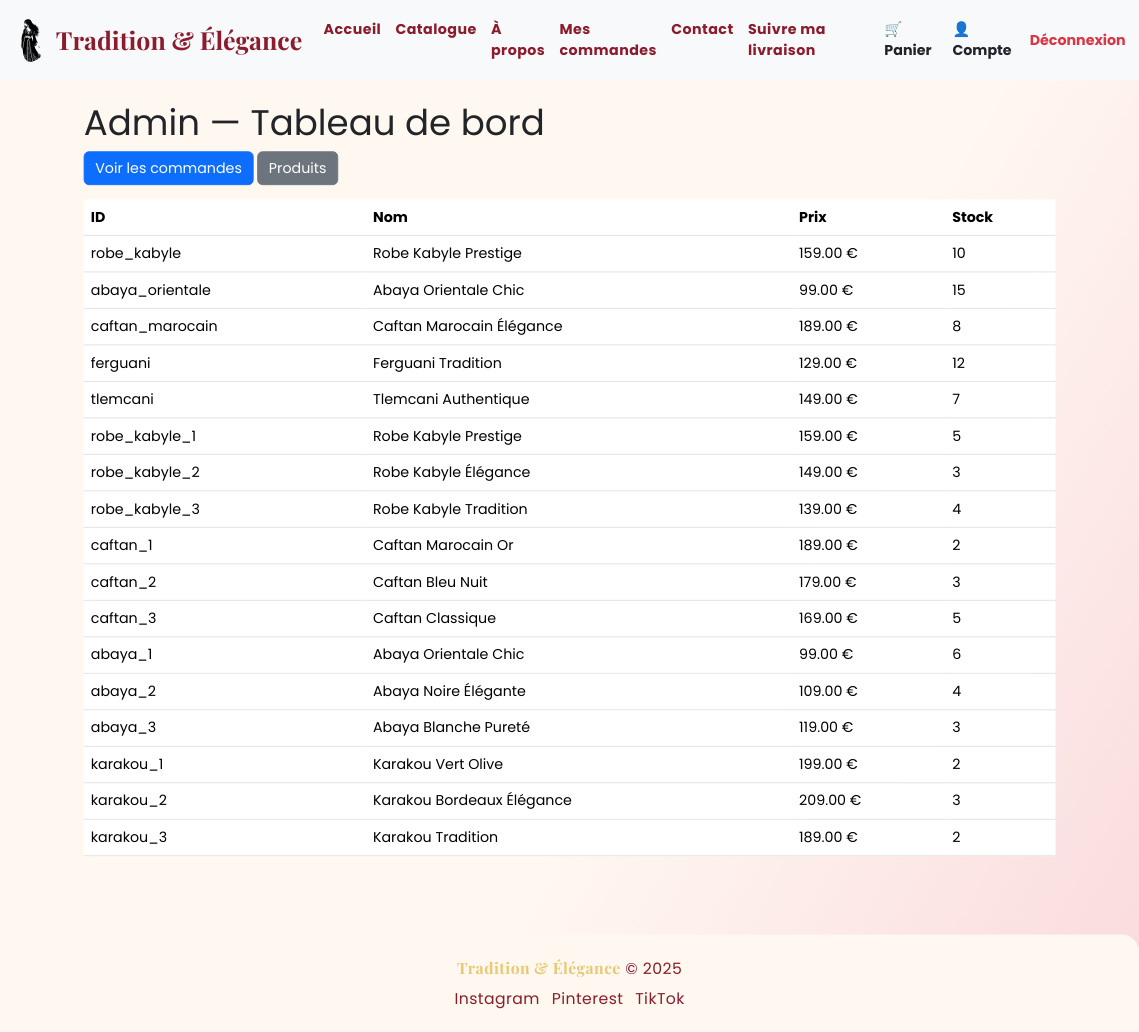
Repository: KenzaHalil/ecommerce_tradition-elegance
Page: http://localhost/admin
The author's editor kept a copy of each file at every save. The page is drawn from the files as they stood at one save, then again after the next save.
The browser window is 1280 px wide. The pictures show the whole page, at 89% of full size.
The page is served by the project's application, run on Flask 3 (app/__init__.py). The session is filled in as if someone had signed in: {"user_id": 1, "is_admin": 1}. Other server files are loaded and not shown. The page reads the database file committed with the project.

Above is the page before, as saved 2025-11-06 10:49:17.

### app/templates/admin.html
{% extends "base.html" %}
{% block title %}Tableau de bord admin{% endblock %}
{% block content %}
<section class="container">
  <h1>Admin — Tableau de bord</h1>

  <div class="mb-3">
    <a class="btn btn-primary" href="{{ url_for('admin.admin_orders') }}">Voir les commandes</a>
    <a class="btn btn-secondary" href="{{ url_for('admin.admin_dashboard') }}">Produits</a>
  </div>

  {% if products %}
    <table class="table">
      <thead>
        <tr><th>ID</th><th>Nom</th><th>Prix</th><th>Stock</th></tr>
      </thead>
      <tbody>
        {% for p in products %}
          <tr>
            <td>{{ p.id if p.id is defined else (p.get('id') if p.get is defined else '-') }}</td>
            <td>{{ p.name if p.name is defined else (p.get('name') if p.get is defined else '-') }}</td>
            <td>
              {% set cents = (p.price_cents if p.price_cents is defined else (p.get('price_cents') if p.get is defined else 0)) %}
              {{ '%.2f'|format(cents/100.0) }} €
            </td>
            <td>{{ p.stock_qty if p.stock_qty is defined else (p.get('stock_qty') if p.get is defined else '-') }}</td>
          </tr>
        {% endfor %}
      </tbody>
    </table>
  {% else %}
    <p>Aucun produit trouvé.</p>
  {% endif %}
</section>
{% endblock %}

### app/templates/base.html
<!DOCTYPE html>
<html lang="fr">

<head>
    <meta charset="UTF-8">
    <title>{% block title %}Tradition & Élégance{% endblock %}</title>
    <link href="https://cdn.jsdelivr.net/npm/bootstrap@5.3.2/dist/css/bootstrap.min.css" rel="stylesheet">
    <link href="https://fonts.googleapis.com/css?family=Playfair+Display:700|Poppins:400,700&display=swap" rel="stylesheet">
    <link rel="stylesheet" href="{{ url_for('static', filename='elegance.css') }}">

    <style>
        .product-img {
            width: 100%;
            aspect-ratio: 1 / 1;
            height: auto;
            object-fit: cover;
            border-radius: 8px;
            display: block;
        }

        .product-img--fixed {
            width: 100%;
            height: 400px;
            object-fit: cover;
            border-radius: 8px;
            display: block;
        }

        .card .card-img-top {
            height: 380px;
            object-fit: cover;
        }
        /* espace entre les liens d'authentification dans la barre */

        .nav-auth>a {
            margin-left: 0.6rem;
            margin-right: 0.2rem;
            display: inline-block;
        }

        .nav-auth .btn {
            margin-left: 0.4rem;
        }
    </style>
</head>

<script>
    function showAddToCartMessage() {
        let oldMsg = document.getElementById("add-to-cart-popup");
        if (oldMsg) oldMsg.remove();

        let msg = document.createElement('div');
        msg.id = "add-to-cart-popup";
        msg.innerHTML = `
        <div style="
            position:fixed;
            top:30px;
            right:30px;
            z-index:9999;
            background:linear-gradient(90deg,#FADADD 70%,#E8C872 100%);
            color:#8B1C2E;
            padding:1.2rem 2.2rem;
            border-radius:28px;
            box-shadow:0 4px 24px #E8C872;
            font-weight:bold;
            font-size:1.15rem;
            display:flex;
            align-items:center;
            gap:0.7rem;
            border:2px solid #E8C872;
        ">
            <span style="font-size:1.5rem;">💖</span>
            <span>Produit ajouté avec succès !</span>
        </div>
    `;
        document.body.appendChild(msg);
        setTimeout(() => msg.remove(), 2000);
    }

    function addToCart(productId) {
        fetch(`/cart/add/${productId}`, {
                method: "POST"
            })
            .then(response => {
                if (response.ok) {
                    showAddToCartMessage();
                } else {
                    // Si AJAX échoue, recharge la page pour afficher le message Flask
                    window.location.reload();
                }
            })
            .catch(() => window.location.reload());
    }
</script>

<body>
    {% with messages = get_flashed_messages(with_categories=true) %} {% if messages %}
    <div class="container mt-3">
        {% for category, message in messages %}
        <div class="alert alert-{{ category }} alert-dismissible fade show" role="alert">
            {{ message }}
            <button type="button" class="btn-close" data-bs-dismiss="alert"></button>
        </div>
        {% endfor %}
    </div>
    {% endif %} {% endwith %}
    <nav class="navbar navbar-expand-lg navbar-light bg-light">
        <div class="container-fluid">
            <a class="navbar-brand d-flex align-items-center" href="/">
                <img src="{{ url_for('static', filename='logo.svg') }}" alt="Logo" height="64" class="me-2 logo-anim">
                <span class="fw-bold" style="font-family:'Playfair Display',serif; color:#8B1C2E; font-size:1.75rem;">Tradition & Élégance</span>
            </a>
            <button class="navbar-toggler" type="button" data-bs-toggle="collapse" data-bs-target="#navElegance">
            <span class="navbar-toggler-icon"></span>
        </button>
            <div class="collapse navbar-collapse justify-content-center" id="navElegance">
                <ul class="navbar-nav">
                    <li class="nav-item"><a class="nav-link fw-bold" href="/">Accueil</a></li>
                    <li class="nav-item"><a class="nav-link fw-bold" href="/catalogue">Catalogue</a></li>
                    <li class="nav-item"><a class="nav-link fw-bold" href="/about">À propos</a></li>
                    <li class="nav-item"><a class="nav-link fw-bold" href="{{ url_for('order.my_orders') }}">Mes commandes</a></li>
                    <li class="nav-item"><a class="nav-link fw-bold" href="/contact">Contact</a></li>
                </ul>
                <ul class="navbar-nav ms-auto">
                    <li class="nav-item">
                        <a class="nav-link" href="{{ url_for('delivery_bp.track') }}">Suivre ma livraison</a>
                    </li>
                </ul>
            </div>
            <div class="d-flex align-items-center nav-auth">
                <a class="nav-link fw-bold me-2" href="/cart"><span class="me-1">🛒</span>Panier</a> {# afficher "Compte" seulement si connecté #} {% if session.get("user_id") %}
                <a class="nav-link fw-bold me-2" href="/profile"><span class="me-1">👤</span>Compte</a>
                <a class="nav-link fw-bold text-danger" href="/logout">Déconnexion</a> {% else %}
                <a class="nav-link fw-bold me-2" href="/login">Connexion</a>
                <a class="btn btn-sm btn-outline-primary ms-1" href="/register">Inscription</a> {% endif %}
            </div>
        </div>
    </nav>
    <div class="container py-4">
        {% block content %}{% endblock %}
    </div>
    <footer class="mt-5 py-4 text-center" style="background:#FFF8F0; color:#8B1C2E; border-radius:20px 20px 0 0;">
        <div class="mb-2">
            <span style="font-family:'Playfair Display',serif; font-weight:700; color:#E8C872;">Tradition & Élégance</span> &copy; 2025
        </div>
        <div>
            <a href="https://www.instagram.com/robes_kabyles_94/?hl=fr" class="me-2 text-decoration-none" style="color:#8B1C2E;">Instagram</a>
            <a href="#" class="me-2 text-decoration-none" style="color:#8B1C2E;">Pinterest</a>
            <a href="#" class="text-decoration-none" style="color:#8B1C2E;">TikTok</a>
        </div>
    </footer>
    <script src="https://cdn.jsdelivr.net/npm/bootstrap@5.3.2/dist/js/bootstrap.bundle.min.js"></script>
</body>

</html>

### app/routes/admin_routes.py
"""
Routes d'administration (interface minimale).

- Utiliser un décorateur @admin_required pour protéger toutes les routes admin.
- Les routes de debug sont accessibles uniquement si app.debug est True.
"""
from functools import wraps
from flask import Blueprint, render_template, session, redirect, url_for, request, flash, jsonify, abort, current_app
from app.services_init import products
from pathlib import Path
import sqlite3, uuid
from datetime import datetime

admin_bp = Blueprint("admin", __name__)

def admin_required(f):
    """Décorateur : redirige vers la page de login si l'utilisateur n'est pas admin."""
    @wraps(f)
    def decorated(*args, **kwargs):
        if not session.get("is_admin"):
            # rediriger vers la page de login ; conserve la cible en next si besoin
            return redirect(url_for("auth.login", next=request.path))
        return f(*args, **kwargs)
    return decorated

@admin_bp.route("/admin")
@admin_required
def admin_dashboard():
    """Tableau de bord admin protégé."""
    return render_template("admin.html", products=products.list_all())

@admin_bp.route("/admin/product/delete", methods=["POST"])
@admin_required
def delete_product():
    """Suppression d'un produit (POST)."""
    pid = request.form.get("product_id")
    try:
        products.delete(pid)
        flash("Produit supprimé.", "success")
    except Exception as e:
        flash("Erreur suppression: " + str(e), "danger")
    return redirect(url_for("admin.admin_dashboard"))

@admin_bp.route("/admin/dev-session")
def admin_dev_session():
    """
    Route de debug : accessible seulement en mode DEBUG et pour admin.
    Supprimer complètement en production.
    """
    if not current_app.debug:
        abort(404)
    if not session.get("is_admin"):
        return redirect(url_for("auth.login", next=request.path))
    return jsonify({k: (str(v) if not isinstance(v, (str, int, bool)) else v) for k, v in dict(session).items()})

def _db_path():
    project_root = Path(__file__).resolve().parents[2]
    return project_root / "elegance.db"

@admin_bp.route("/admin/orders")
@admin_required
def admin_orders():
    """Liste des commandes avec tracking si disponible."""
    db = _db_path()
    conn = sqlite3.connect(str(db))
    cur = conn.cursor()
    cur.execute('SELECT id, user_id, status, total_cents, created_at FROM "order" ORDER BY created_at DESC')
    rows = cur.fetchall()
    orders = []
    for oid, uid, status, total_cents, created_at in rows:
        user = cur.execute("SELECT email FROM user WHERE id = ?", (uid,)).fetchone()
        delivery = cur.execute("SELECT tracking_number, status FROM delivery WHERE order_id = ?", (oid,)).fetchone()
        orders.append({
            "id": oid,
            "user_email": user[0] if user else None,
            "status": status,
            "total_cents": total_cents,
            "created_at": created_at,
            "tracking": delivery[0] if delivery else None,
            "delivery_status": delivery[1] if delivery else None
        })
    conn.close()
    return render_template("admin_orders.html", orders=orders)

@admin_bp.route("/admin/order/<int:order_id>")
@admin_required
def admin_order_detail(order_id):
    """Détail d'une commande : items / delivery / paiement."""
    db = _db_path()
    conn = sqlite3.connect(str(db))
    cur = conn.cursor()
    order = cur.execute('SELECT id, user_id, status, total_cents, created_at FROM "order" WHERE id = ?', (order_id,)).fetchone()
    if not order:
        conn.close()
        flash("Commande non trouvée.", "danger")
        return redirect(url_for("admin.admin_orders"))
    items = cur.execute("SELECT product_id, quantity, price_cents FROM order_item WHERE order_id = ?", (order_id,)).fetchall()
    delivery = cur.execute("SELECT id, carrier, tracking_number, status, updated_at FROM delivery WHERE order_id = ?", (order_id,)).fetchone()
    payment = cur.execute("SELECT id, provider, provider_ref, succeeded, amount_cents FROM payment WHERE order_id = ?", (order_id,)).fetchone()
    conn.close()
    return render_template("admin_order_detail.html", order=order, items=items, delivery=delivery, payment=payment)

@admin_bp.route("/admin/order/ship", methods=["POST"])
@admin_required
def admin_order_ship():
    """Marquer une commande comme expédiée ; crée/complète la ligne delivery avec tracking."""
    order_id = request.form.get("order_id")
    if not order_id:
        flash("Order id manquant.", "danger")
        return redirect(url_for("admin.admin_orders"))
    db = _db_path()
    conn = sqlite3.connect(str(db))
    cur = conn.cursor()
    # generate tracking
    tracking = "TRK" + uuid.uuid4().hex[:12].upper()
    now = datetime.utcnow().isoformat()
    # update/create delivery row
    d = cur.execute("SELECT id FROM delivery WHERE order_id = ?", (order_id,)).fetchone()
    if d:
        cur.execute("UPDATE delivery SET tracking_number = ?, status = ?, updated_at = ? WHERE id = ?", (tracking, "shipped", now, d[0]))
    else:
        cur.execute("INSERT INTO delivery (order_id, carrier, tracking_number, status, updated_at) VALUES (?, ?, ?, ?, ?)",
                    (order_id, "Transporteur", tracking, "shipped", now))
    # update order status
    cur.execute('UPDATE "order" SET status = ? WHERE id = ?', ("EXPEDIEE", order_id))
    conn.commit()
    conn.close()
    flash(f"Commande {order_id} marquée expédiée (tracking {tracking}).", "success")
    return redirect(url_for("admin.admin_orders"))

### app/__init__.py
import os
from flask import Flask, Blueprint
from .models import db  # utilise l'instance unique définie dans models.py
from pathlib import Path
import pkgutil, importlib
from .services_init import init_services

def create_app(config: dict | None = None):
    app = Flask(__name__, instance_relative_config=False)
    PROJECT_ROOT = Path(__file__).resolve().parents[1]

    # SECRET_KEY nécessaire pour utiliser flask.session
    # en production : exporte SECRET_KEY dans les variables d'environnement
    # prefer explicit config + set secret on the app object so session is available immediately
    secret = os.environ.get("SECRET_KEY", "elegance-dev-key")
    app.config["SECRET_KEY"] = secret
    app.secret_key = secret

    app.config.setdefault("SQLALCHEMY_DATABASE_URI", f"sqlite:///{PROJECT_ROOT / 'elegance.db'}")
    app.config.setdefault("SQLALCHEMY_TRACK_MODIFICATIONS", False)
    if config:
        app.config.update(config)

    # initialise l'extension avec l'app
    db.init_app(app)

    # ensure services container exists
    app.extensions.setdefault("services", {})

    # try to populate services from app.services:
    try:
        svc_mod = importlib.import_module("app.services")
        # prefer an init_services(app) if provided
        if hasattr(svc_mod, "init_services"):
            svc_mod.init_services(app)
        # otherwise call create_services() and store returned dict
        elif hasattr(svc_mod, "create_services"):
            created = svc_mod.create_services()
            if isinstance(created, dict):
                app.extensions["services"].update(created)
    except Exception:
        # ne pas planter l'app si services manquent — routes gèreront l'erreur plus tard
        pass

    # auto-enregistrer blueprints présents dans app.routes.*
    try:
        import app.routes as routes_pkg
        for finder, name, ispkg in pkgutil.iter_modules(routes_pkg.__path__):
            mod = importlib.import_module(f"app.routes." + name)
            for obj in vars(mod).values():
                if isinstance(obj, Blueprint):
                    app.register_blueprint(obj)
    except Exception:
        pass

    init_services(app)

    return app

### app/static/elegance.css
body {
    background: linear-gradient(120deg, #FFF8F0 60%, #FADADD 100%);
    font-family: 'Poppins', 'Inter', sans-serif;
}
.logo-anim:hover {
    filter: drop-shadow(0 0 8px #E8C872);
    transition: filter 0.3s;
}
.navbar-nav .nav-link {
    color: #8B1C2E !important;
    font-family: 'Poppins', sans-serif;
    font-weight: 600;
    letter-spacing: 0.5px;
}
.navbar-nav .nav-link:hover {
    color: #FADADD !important;
    background: #EED6C4;
    border-radius: 8px;
    transition: background 0.2s;
}
.btn-elegance {
    background: linear-gradient(90deg, #FADADD 60%, #E8C872 100%);
    color: #8B1C2E;
    font-weight: bold;
    border: none;
    border-radius: 24px;
    box-shadow: 0 2px 8px rgba(139,28,46,0.08);
    transition: box-shadow 0.2s, background 0.2s;
}
.btn-elegance:hover {
    background: linear-gradient(90deg, #E8C872 60%, #FADADD 100%);
    color: #FFF8F0;
    box-shadow: 0 4px 16px rgba(139,28,46,0.16);
}
.card {
    border-radius: 18px;
    box-shadow: 0 2px 12px rgba(139,28,46,0.08);
    transition: transform 0.2s, box-shadow 0.2s;
}
.card:hover {
    transform: scale(1.03);
    box-shadow: 0 4px 24px rgba(139,28,46,0.16);
}
footer {
    font-size: 1.1rem;
    letter-spacing: 0.5px;
}

### elegance.db (the tables this page reads, as SQL)
CREATE TABLE product (
	id VARCHAR(50) NOT NULL, 
	name VARCHAR(100) NOT NULL, 
	description TEXT, 
	price_cents INTEGER NOT NULL, 
	stock_qty INTEGER, 
	category VARCHAR(50) NOT NULL, active INTEGER DEFAULT 1, 
	PRIMARY KEY (id)
);
INSERT INTO "product" VALUES
('robe_kabyle_1', 'Robe Kabyle Prestige', 'Broderie berbère', 15900, 30, 'Kabyle', 1),
('robe_kabyle_2', 'Robe Kabyle Élégance', 'Motifs floraux', 14900, 30, 'Kabyle', 1),
('robe_kabyle_3', 'Robe Kabyle Tradition', 'Couleurs vives', 13900, 30, 'Kabyle', 1),
('caftan_1', 'Caftan Marocain Or', 'Ornements dorés', 18900, 30, 'Caftan', 1),
('caftan_2', 'Caftan Bleu Nuit', 'Velours bleu', 17900, 30, 'Caftan', 1),
('caftan_3', 'Caftan Classique', 'Coupe traditionnelle', 16900, 30, 'Caftan', 1),
('abaya_1', 'Abaya Orientale Chic', 'Tissu fluide', 9900, 30, 'Abaya', 1),
('abaya_2', 'Abaya Noire Élégante', 'Noir profond', 10900, 30, 'Abaya', 1),
('abaya_3', 'Abaya Blanche Pureté', 'Blanc cassé', 11900, 30, 'Abaya', 1),
('karakou_1', 'Karakou Vert Olive', 'Velours vert', 19900, 30, 'Karakou', 1),
('karakou_2', 'Karakou Bordeaux Élégance', 'Bordeaux profond', 20900, 30, 'Karakou', 1),
('karakou_3', 'Karakou Tradition', 'Motifs classiques', 18900, 30, 'Karakou', 1);

Loaded but not shown: app/static/logo.svg (1735 lines, source omitted); app/domain.py (758 lines, source omitted)

After the next save:
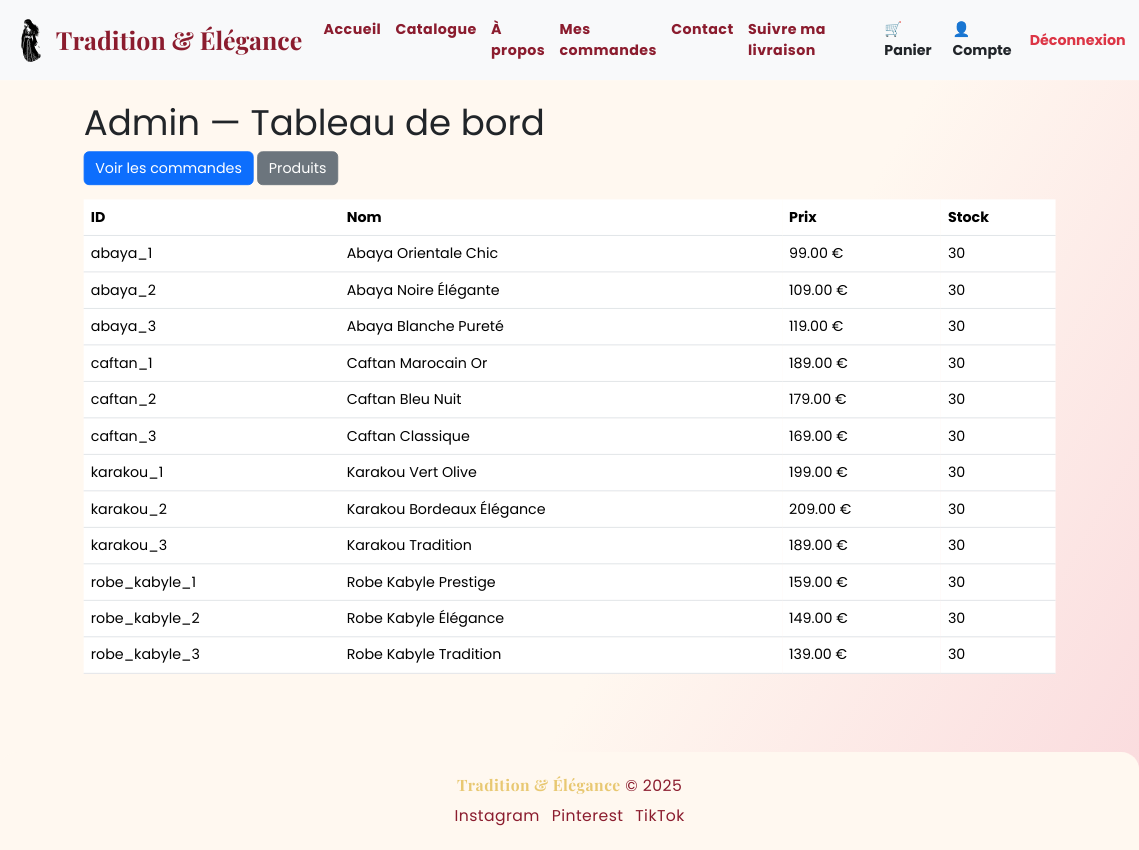
Saved 11 min 10 s later.
--- a/app/routes/admin_routes.py
+++ b/app/routes/admin_routes.py
@@ -26,8 +26,27 @@ def admin_required(f):
 @admin_bp.route("/admin")
 @admin_required
 def admin_dashboard():
-    """Tableau de bord admin protégé."""
-    return render_template("admin.html", products=products.list_all())
+    """Tableau de bord admin protégé. Lecture directe depuis la base pour afficher les stocks réels."""
+    db = _db_path()
+    conn = sqlite3.connect(str(db))
+    cur = conn.cursor()
+    cur.execute("SELECT id, name, description, price_cents, stock_qty, category, active FROM product ORDER BY id")
+    rows = cur.fetchall()
+    conn.close()
+
+    products_list = []
+    for r in rows:
+        products_list.append({
+            "id": r[0],
+            "name": r[1],
+            "description": r[2],
+            "price_cents": r[3],
+            "stock_qty": r[4],
+            "category": r[5],
+            "active": bool(r[6])
+        })
+
+    return render_template("admin.html", products=products_list)
 
 @admin_bp.route("/admin/product/delete", methods=["POST"])
 @admin_required
